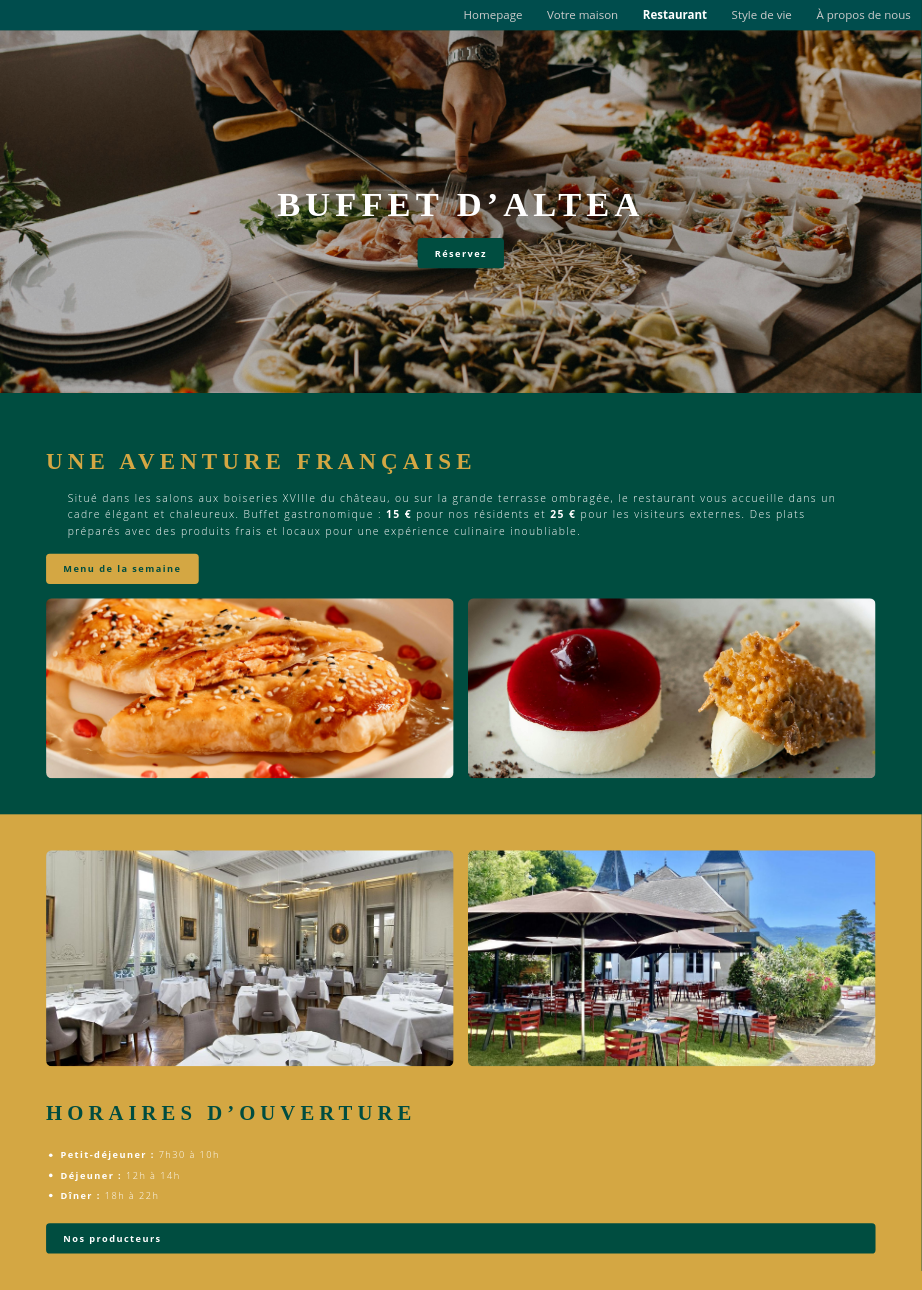
Repository: Rahimzeeeer/alteaaaa
Page: restaurant.html
An editor plug-in stored every save of this project. The page is shown before and after the next save, followed by the edit.
The browser window is 1280 px wide. The pictures show the whole page, at 72% of full size.

Above is the page before, as saved 2025-08-12 17:48:47.

### restaurant.html
<!DOCTYPE html>
<html lang="fr">
<head>
  <meta charset="UTF-8" />
  <meta name="viewport" content="width=device-width, initial-scale=1.0"/>
  <title>Restaurant – Altea</title>
  <link rel="stylesheet" href="style.css" />
  <link rel="stylesheet" href="https://cdnjs.cloudflare.com/ajax/libs/font-awesome/6.5.0/css/all.min.css"/>
</head>
<body>

  <!-- Navbar -->
  <header>
    <nav class="navbar">
      <ul>
        <li><a href="index.html">Homepage</a></li>
        <li><a href="maison.html">Votre maison</a></li>
        <li><a href="restaurant.html" class="active">Restaurant</a></li>
        <li><a href="style.html">Style de vie</a></li>
        <li><a href="apropos.html">À propos de nous</a></li>
      </ul>
    </nav>
  </header>

  <!-- HERO -->
  <section class="resto-hero">
    <img src="images/resto/hero.jpg" alt="Buffet d'Altea">
    <div class="resto-hero-content">
      <h1>BUFFET D’ALTEA</h1>
      <a href="#" class="btn btn-teal">Réservez</a>
    </div>
  </section>

  <!-- UNE AVENTURE FRANÇAISE -->
  <section class="resto-aventure" class="aventure-francaise">

    <div class="aventure-text">
      <h2>UNE AVENTURE FRANÇAISE</h2>
      <p>
        Situé dans les salons aux boiseries XVIIIe du château, ou sur la grande terrasse ombragée,
        le restaurant vous accueille dans un cadre élégant et chaleureux. Buffet gastronomique :
        <strong>15 €</strong> pour nos résidents et <strong>25 €</strong> pour les visiteurs externes.
        Des plats préparés avec des produits frais et locaux pour une expérience culinaire inoubliable.
      </p>
      <a href="#" class="btn btn-gold">Menu de la semaine</a>
    </div>
        <div class="aventure-images">
      <img src="images/resto/dish-1.jpg" alt="Plat 1">
      <img src="images/resto/dish-2.jpg" alt="Plat 2">
    </div>
  </section>

  <!-- HORAires -->
  <section class="resto-horaires">
    <div class="horaires-images">
      <img src="images/resto/dining-room.jpg" alt="Salle à manger">
      <img src="images/resto/terrace.jpg" alt="Terrasse">
    </div>
    <div class="horaires-text">
      <h3>HORAIRES D’OUVERTURE</h3>
      <ul>
        <li><strong>Petit-déjeuner :</strong> 7h30 à 10h</li>
        <li><strong>Déjeuner :</strong> 12h à 14h</li>
        <li><strong>Dîner :</strong> 18h à 22h</li>
      </ul>
      <a href="#" class="btn btn-teal">Nos producteurs</a>
    </div>
  </section>

</body>
</html>

### style.css
/* =========================
   Variables & reset
========================= */
:root{
  --green: #0a4e48;      /* vert profond (fond global) */
  --teal:  #004d4d;      /* navbar / boutons */
  --gold:  gold;         /* accents dorés */
  --ink:   #233;         /* texte sombre sur fond clair */
  --white: #fff;
}

*{ box-sizing: border-box; }

/* ===== Fonts ===== */
/* Exemple : Serif pour titres et Sans-serif pour le reste */
@import url('https://fonts.googleapis.com/css2?family=Merriweather:wght@400;700&family=Open+Sans:wght@400;600&display=swap');


/* Titres en serif */
h1, h2, h3, h4, .section-title {
  font-family: 'Open sans', serif;
  letter-spacing: 7px;
  font-size: 2.5rem; /* plus grand */
}

h1{
  font-size: 3rem; /* plus grand */
}
h2{
  font-size: 2rem; /* plus grand */
}

h3{
  font-size: 1.8rem; /* plus grand */
}

h4{
  font-size: 1.3rem; /* plus grand */
}
p{
  font-size: 0.9rem; /* plus grand */
}
div{
  font-size: 0.8rem; /* plus grand */
}


p, span, div{
  font-family: 'Open sans', sans-serif;
  letter-spacing: 2px;
  font-weight : lighter
}



body{
  margin: 0;
  font-family: 'Open Sans', sans-serif;
  background-color: var(--green);
  color: var(--white);
}

/* Texte vert sur fond jaune */
.gold-bg {
    background-color: #d4a949;
    color: #004d40; /* Vert foncé élégant */
}

.gold-bg h2,
.gold-bg h3,
.gold-bg p {
    color: #004d40;
}


/* =========================
   Navbar
========================= */
.navbar{
  background-color: var(--teal);
  padding: 10px 0;
  text-align: right;
  box-shadow: 0 2px 8px rgba(0,0,0,0.3);
}
.navbar ul{ list-style: none; margin: 0; padding: 0; }
.navbar li{ display: inline-block; margin: 0 15px; }
.navbar a{
  color: #ccc;
  text-decoration: none;
  font-size: 16px;
  transition: color .3s ease;
}
.navbar a:hover,
.navbar a.active{ color: var(--white); }
.navbar a.active{ font-weight: bold; }

/* =========================
   Hero
========================= */
.hero {
  position: relative;
  width: 100%;
  height: 90vh;
  display: flex;
  align-items: center;
  justify-content: center;
}

.hero-image {
  position: absolute; inset: 0;
  width: 100%; height: 100%;
  object-fit: cover; z-index: -1;
  filter: brightness(0.8);
  transform: scale(1.03);
}

/* === Homepage hero refinements === */
.hero-content {
  width: 100%;
  height: 100%;
  display: flex;
  flex-direction: column;
  justify-content: flex-start;
  align-items: center;
  padding-top: 2vh; /* valeur réduite = logo monte */
  text-align: center;
  color: var(--white);
}


.hero-logo {
  max-width: 280px; /* taille augmentée */
}


.hero-welcome {
  font-family: 'Open sans', serif;
  letter-spacing: 10px;
  text-transform: uppercase;
  font-size: 2rem; /* plus grand pour un effet prestige */
  opacity: 0.9;
  margin-bottom: 8px;
}


.hero-buttons {
  position: absolute;
  bottom: 24px;
  margin: 0;
}

.hero-buttons .btn {
  display: inline-block;
  background-color: var(--green);
  color: var(--gold);
  padding: 10px 16px;
  margin: 10px;
  font-weight: lighter;
  text-decoration: none;
  border-radius: 4px;
  transition: filter 0.3s, transform 0.3s;
  font-size: 1em;
  border: 1px solid rgba(0,0,0,0.1);
  font-family: 'Open sans'seif;
  letter-spacing: 5px;
}

.hero-buttons .btn:hover {
  filter: brightness(1.05);
  transform: translateY(-1px);
}


/* =========================
   Catégories
========================= */
.section-title{
  text-align: center;
  font-size: 2rem;
  margin: 30px 0;
  color: var(--white);
  font-weight: lighter;
}
.category-grid{
  display: grid;
  grid-template-columns: repeat(3, 1fr);
  gap: 15px;
  max-width: 1000px;
  margin: 0 auto;
}
.category-item{ position: relative; overflow: hidden; }
.category-item img{ width: 100%; display: block; }
.category-item span{
  position: absolute; left: 50%; bottom: 10px;
  transform: translateX(-50%);
  background-color: rgba(0,77,77,.8);
  color: var(--white);
  padding: 6px 12px;

  border-radius: 4px;
}

/* =========================
   Notre resort
========================= */
.resort{
  max-width: 1000px;
  margin: 50px auto;
  padding: 20px;
  color: var(--white);
  text-align: center;
}
.resort-text h2{ font-size: 2em; margin: 0 0 10px; }
.resort-text p{ margin: 15px 0; line-height: 1.5; }
.btn-gold{
  background-color: var(--gold);
  color: var(--teal);
  padding: 8px 14px;
  text-decoration: none;
  font-weight: bold;
  border-radius: 20px;

}
.resort-video video{
  margin-top: 20px;
  width: 100%;
  border-radius: 8px;
}

/* =========================
   Actualités
========================= */
.actualites{
  padding: 40px;
  text-align: center;
  background-color: var(--teal);
  color: var(--white);
}
.actus-grid{
  display: grid;
  grid-template-columns: repeat(3, 1fr);
  padding: 0 50px; /* marge interne gauche/droite */
  gap: 20px;
}
.actus-item{
  background: transparent;
  border: 1px solid var(--gold);
  position: relative;
}
.actus-item img{
  width: 100%;
  height: 300px;         /* taille uniforme */
  object-fit: cover;     /* recadrage propre */
  border-bottom: 2px solid var(--gold);
}
.actus-item h3,p{
  text-align: left;
  padding: 0 30px;
}
.plus-btn{
  position: absolute; bottom: 10px; right: 10px;
  background-color: var(--gold);
  color: var(--teal);
  font-weight: bold;
  border-radius: 50%;
  padding: 5px 10px;
  cursor: pointer;
}

/* =========================
   Avis (fond flou en arrière-plan)
========================= */
.avis{
  position: relative;
  overflow: hidden;
  min-height: 100vh;                    /* ≈ une page */
  display: flex; flex-direction: column;
  justify-content: center; align-items: center;
  padding: 60px 20px;
  text-align: center;
  color: var(--white);
}
.avis::before{
  content: "";
  position: absolute; inset: 0;
  background: url('images/index/avisbg.png') center/cover no-repeat;
  filter: brightness(0.6);
  transform: scale(1.03);
  z-index: 0;
}
.avis > *{ position: relative; z-index: 1; }
.avis h2{ margin-bottom: 24px; font-size: 2.2rem; }
.avis-container{
  display: flex; justify-content: center; flex-wrap: wrap;
  gap: 40px;
}
.avis-item{ max-width: 360px; font-style: italic; }

/* =========================
   Nous contacter
========================= */
.contact{
  background-color: #d4a743;  /* fond or/moutarde */
  padding: 60px 20px;
  color: var(--ink);
  text-align: center;
}

.contact h3 {
  text-align: left;
  font-size: 1.8rem;

}

.contact-grid{
  max-width: 1000px; margin: 0 auto;
  display: grid; grid-template-columns: repeat(3, 1fr);
  gap: 24px;
}
.contact-box{
  background: rgba(255,255,255,.02);
  border: 2px solid var(--green);
  border-radius: 8px;
  padding: 24px;
  min-height: 220px;
  box-shadow: 0 2px 6px rgba(0,0,0,.08);
}
.contact-box h3{
  margin: 0 0 12px;
  font-weight: 700;
}

/* =========================
   Responsive
========================= */
@media (max-width: 900px){
  .category-grid{ grid-template-columns: 1fr 1fr; }
  .actus-grid{ grid-template-columns: 1fr; }
  .contact-grid{ grid-template-columns: 1fr; }
  .hero{ height: 70vh; }
}


/* =========================
   Votre maison
========================= */

/* Bandeau haut avec encart */
.cover-banner{
  position: relative;
  width: 100%;
  height: 60vh;
  background: var(--green);
  display: flex;
  align-items: flex-start;
  justify-content: center;
  padding-top: 40px;
}
.cover-banner::before{
  content: "";
  position: absolute; inset: 0;
  background: var(--green) center/cover no-repeat;
  background-image: var(--cover);

  z-index: 0;
}
.cover-bubble{
  position: relative;
  z-index: 1;
  max-width: 1100px;
  margin: 0 20px;
  background: rgba(0,77,77,.7);
  color: var(--white);
  padding: 16px 22px;
  border-radius: 10px;
  line-height: 1.6;
}

/* Intro + titre + grand visuel */
.lodging-intro{
  max-width: 1100px;
  margin: 40px auto 20px;
  padding: 0 20px;
}
.lodging-intro h1{
  font-family: 'Merriweather', serif;
  font-size: 3rem;
  text-align: center;
  margin: 10px 0 16px;
}
.lodging-intro p{
  text-align: center;
  line-height: 1.7;
  max-width: 980px;
  margin: 0 auto 28px;
}
.lodging-hero{
  position: relative;
  max-width: 900px;
  margin: 0 auto 32px;
  border: 8px solid rgba(0,0,0,.15);
  box-shadow: 0 10px 30px rgba(0,0,0,.25);
}
.lodging-hero img{
  display: block;
  width: 100%;
  height: auto;
}
.slide-btn{
  position: absolute; top: 50%; transform: translateY(-50%);
  width: 54px; height: 54px; border: none; cursor: pointer;
  border-radius: 50%;
  background: var(--gold);
  color: var(--teal);
  display: grid; place-items: center;
  box-shadow: 0 6px 20px rgba(0,0,0,.25);
}
.slide-btn.prev{ left: -22px; }
.slide-btn.next{ right: -22px; }

/* Tarifs */
.price-cards{
  display: grid;
  grid-template-columns: repeat(3, 1fr);
  gap: 28px;
  margin: 26px auto 10px;
  max-width: 1100px;
}
.price-card{
  background: #d4a743;
  color: var(--ink);
  padding: 22px;
  border-radius: 6px;
  box-shadow: 0 6px 16px rgba(0,0,0,.18);
  border: 2px solid rgba(0,0,0,.08);
  text-align: center;
}


/* Panneau des équipements (blanc) */
.features-panel{
  background: var(--white);
  color: var(--ink);
  margin: 60px auto;
  max-width: 1100px;
  border-radius: 6px;
  padding: 36px 28px;
}
.features-grid{
  display: grid;
  grid-template-columns: repeat(3, 1fr);
  gap: 22px 40px;
}
.feature{
  display: flex; align-items: center; gap: 12px;
  font-size: 1rem;
}
.feature i{
  color: #b9c36a;          /* vert jaunâtre comme sur la maquette */
  font-size: 26px;
  width: 28px; text-align: center;
}

/* Texte + galerie à légendes */
.lodging-gallery{
  max-width: 1100px; margin: 40px auto 80px; padding: 0 20px;
  display: grid; grid-template-columns: 1fr 1.2fr; gap: 28px;
  grid-template-columns: 1fr; /* 1 seule colonne */
}
.lg-text p{ line-height: 1.8; margin: 0; }
.lg-grid{
  display: grid; gap: 0px;
   grid-template-columns: repeat(3, 1fr); /* 3 colonnes */
}
.lg-item{
  background: rgba(255,255,255,.06);
  border: 1px solid rgba(255,255,255,.15);
}
.lg-item img{
    display: block;
    width: 100%;
    height: 200px; /* même hauteur pour toutes */
    object-fit: cover; /* rogne l'image pour remplir sans déformation */

}
.lg-item figcaption{
  text-align: center;
  padding: 12px 10px;
  font-family: 'Open sans', sans-serif;
  font-size: 0.8rem;
  letter-spacing: 3px;
  border-top: 1px solid rgba(255,255,255,.15);
}

/* Responsive */
@media (max-width: 1000px){
  .price-cards{ grid-template-columns: 1fr; }
  .features-grid{ grid-template-columns: 1fr 1fr; }
  .lodging-gallery{ grid-template-columns: 1fr; }
  .slide-btn.prev{ left: 8px; } .slide-btn.next{ right: 8px; }
}
@media (max-width: 640px){
  .cover-banner{ height: 50vh; }
  .cover-bubble{ font-size: .95rem; }
  .lodging-intro h1{ font-size: 2.2rem; }
  .features-grid{ grid-template-columns: 1fr; }
}



/* ===== Restaurant ===== */

/* HERO */
.resto-hero {
  position: relative;
  height: 70vh;
  overflow: hidden;
}
.resto-hero img {
  width: 100%;
  height: 100%;
  object-fit: cover;
  filter: brightness(0.75);
}
.resto-hero-content {
  position: absolute;
  top: 50%;
  left: 50%;
  transform: translate(-50%, -50%);
  text-align: center;
  color: white;
}
.resto-hero-content h1 {
  font-size: 3rem;
  margin-bottom: 20px;
  font-family: 'Merriweather', serif;
}
.btn {
  display: inline-block;
  padding: 12px 24px;
  text-decoration: none;
  border-radius: 5px;
  font-weight: bold;
}
.btn-teal { background-color: #004d40; color: white; }
.btn-gold { background-color: #d4a743; color: #004d40; }
.btn:hover { filter: brightness(1.1); }

/* UNE AVENTURE FRANÇAISE */
.resto-aventure {
  display: flex;
  flex-direction: column; /* empile texte puis images */
  gap: 20px;
  padding: 50px 5%;
  background-color: #004d40;
  color: white;
}


.aventure-images {
  display: flex;
  flex-direction: row;
  gap: 20px;
}
.aventure-images img {
  width: 100%;
  height: 250px;        /* hauteur fixe */
  object-fit: cover;    /* recadrage élégant */
  border-radius: 8px;   /* optionnel, angles arrondis */
}
.aventure-text {
  flex: 1;
}
.aventure-text h2 {
  font-family: 'Merriweather', serif;
  color: #d4a743;
  margin-bottom: 20px;
}
.aventure-text p {
  margin-bottom: 20px;
  line-height: 1.6;
}

/* HORAIRES */
.resto-horaires {
  display: flex;
  flex-direction: column;
  flex-wrap: wrap;
  gap: 20px;
  padding: 50px 5%;
  background-color: #d4a743;
}
.horaires-images {
  flex: 1;
  display: flex;

  flex-direction: row;
  gap: 20px;
}
.horaires-images img {
  width: 100%;
    height: 300px;
  border-radius: 8px;
  object-fit: cover;
}
.horaires-text {
  flex: 1;
  display: flex;
  flex-direction: column;
  justify-content: center;
}
.horaires-text h3 {
  font-family: 'Merriweather', serif;
  margin-bottom: 20px;
  color: #004d40;
}
.horaires-text ul {
  margin-bottom: 20px;
  padding-left: 20px;
}
.horaires-text li {
  margin-bottom: 10px;
}

/* Responsive */
@media (max-width: 768px) {
  .resto-aventure, .resto-horaires {
    flex-direction: column;
  }
}


/* Couleurs de fond */
.gold-bg { background-color: #d4a949; padding: 60px 80px; }
.green-bg { background-color: #004d40; color: white; padding: 60px 80px; }

/* Titres */
.title {
    text-align: center;
    font-size: 2.5rem;
    margin-bottom: 40px;
}
.serif { font-family: 'Times New Roman', serif; }

/* Section sport */
.sport-grid {
    display: grid;
    grid-template-columns: repeat(2, 1fr);
    gap: 30px;
}
.sport-item img {
    width: 100%;
    height: 250px;
    object-fit: cover;
    border-radius: 6px;
}
.sport-item h3 {
    margin-top: 10px;
    font-size: 1.5rem;
}

/* Bien-être */
.wellness-grid {
    display: grid;
    grid-template-columns: 1fr 1.5fr;
    gap: 20px;
}
.wellness-grid .images {
    display: grid;
    grid-template-columns: repeat(2, 1fr);
    gap: 10px;
}
.wellness-grid img {
    width: 100%;
    height: 200px;
    object-fit: cover;
    border-radius: 6px;
}

/* Communauté */
.community-grid {
    display: grid;
    grid-template-columns: repeat(3, 1fr);
    gap: 30px;
    text-align: center;
}
.community-item img {
    width: 100%;
    height: 250px;
    object-fit: cover;
    border-radius: 6px;
}
.community-item h3 {
    margin-top: 15px;
    font-size: 1.4rem;
}

/* Premium */
.premium-text {
    text-align: center;
    margin-bottom: 40px;
}
.premium-grid {
    display: grid;
    grid-template-columns: 2fr 1fr 1fr;
    gap: 20px;
}
.premium-grid img {
    width: 100%;
    height: 300px;
    object-fit: cover;
    border-radius: 6px;
}

.gold-bg {
  background-color: #d4af37; /* jaune doré */
  color: #004d40; /* texte vert foncé */
}

.apropos {
  padding: 60px 5%;
}

.apropos h2 {
  font-family: serif;
  font-size: 2.5rem;
  text-align: center;
  margin-bottom: 50px;
}

.apropos-grid {
  display: flex;
  justify-content: space-between;
  gap: 30px;
}

.apropos-item {
  background-color: #004d40; /* vert foncé */
  color: white;
  border-radius: 8px;
  overflow: hidden;
  flex: 1;
  display: flex;
  flex-direction: column;
}

.apropos-item img {
  width: 100%;
  height: 250px;
  object-fit: cover;
}

.apropos-text {
  padding: 20px;
}

.apropos-text h3 {
  font-size: 1.4rem;
 color: white;
  margin-bottom: 10px;
  font-family: serif;
}

.apropos-text p,
.apropos-text ul {
  font-size: 0.95rem;
  color: white;
  line-height: 1.5;
}

.apropos-text ul {
  list-style-type: disc;
  padding-left: 20px;
}

@media (max-width: 900px) {
  .apropos-grid {
    flex-direction: column;
  }
}

After the next save:
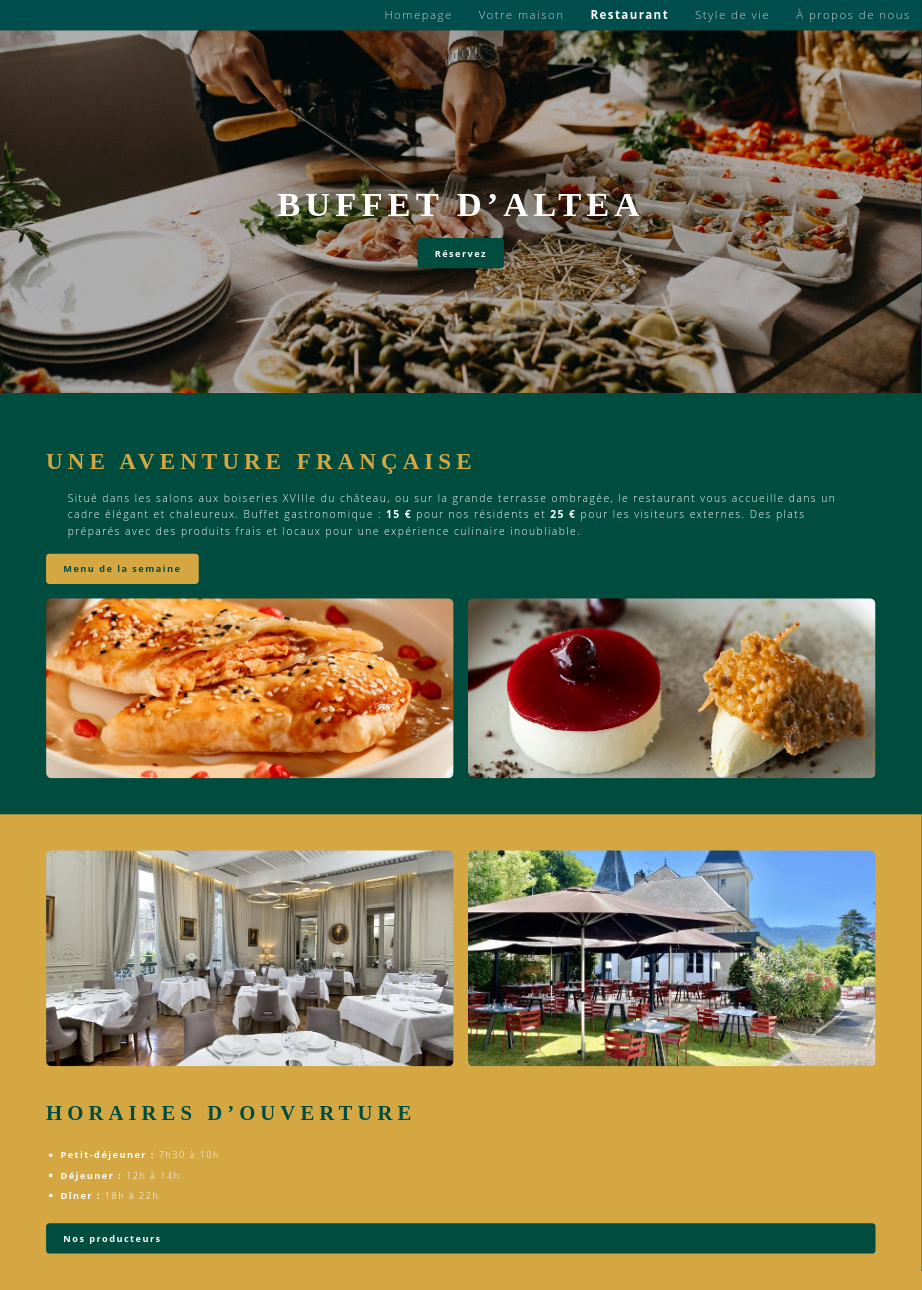
Saved 31 s later.
--- a/style.css
+++ b/style.css
@@ -45,7 +45,7 @@ div{
 }
 
 
-p, span, div{
+p, span, div, ul, li{
   font-family: 'Open sans', sans-serif;
   letter-spacing: 2px;
   font-weight : lighter
